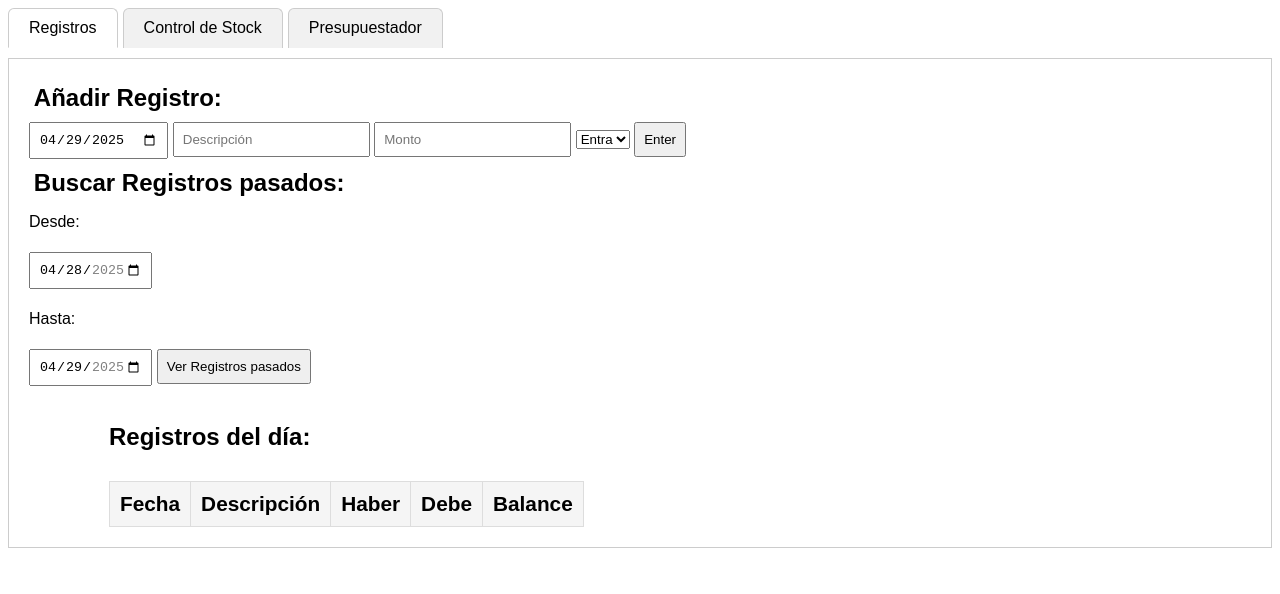
Repository: Joako-Herrero/Proyecto-de-Feria-de-ciencias
Page: program/registro.html
An editor plug-in stored every save of this project. The page is shown before and after the next save, followed by the edit.
The browser window is 1280 px wide. The pictures show the whole page.
The page's requests for data from a server got no answer.

Above is the page before, as saved 2025-05-28 16:38:50.

After the next save:
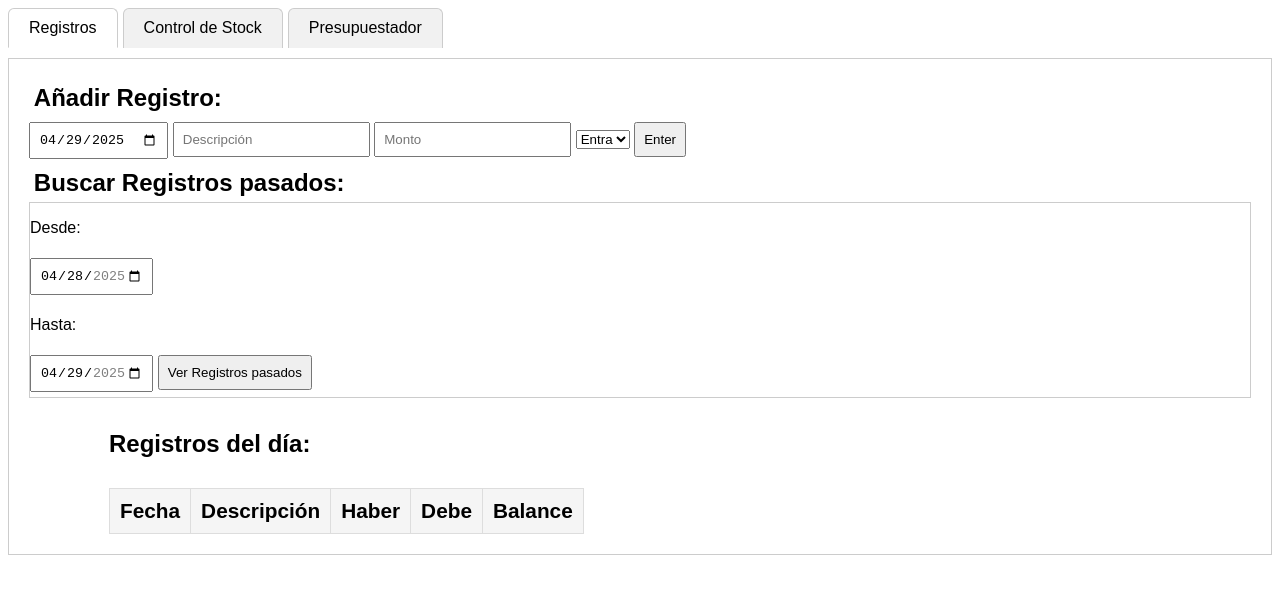
Saved 12 s later.
--- a/program/registro.html
+++ b/program/registro.html
@@ -64,6 +64,7 @@
 
         #formFiltrarFechas{
             padding: 0;
+            border: #ccc solid 1px;
         }
 
 
